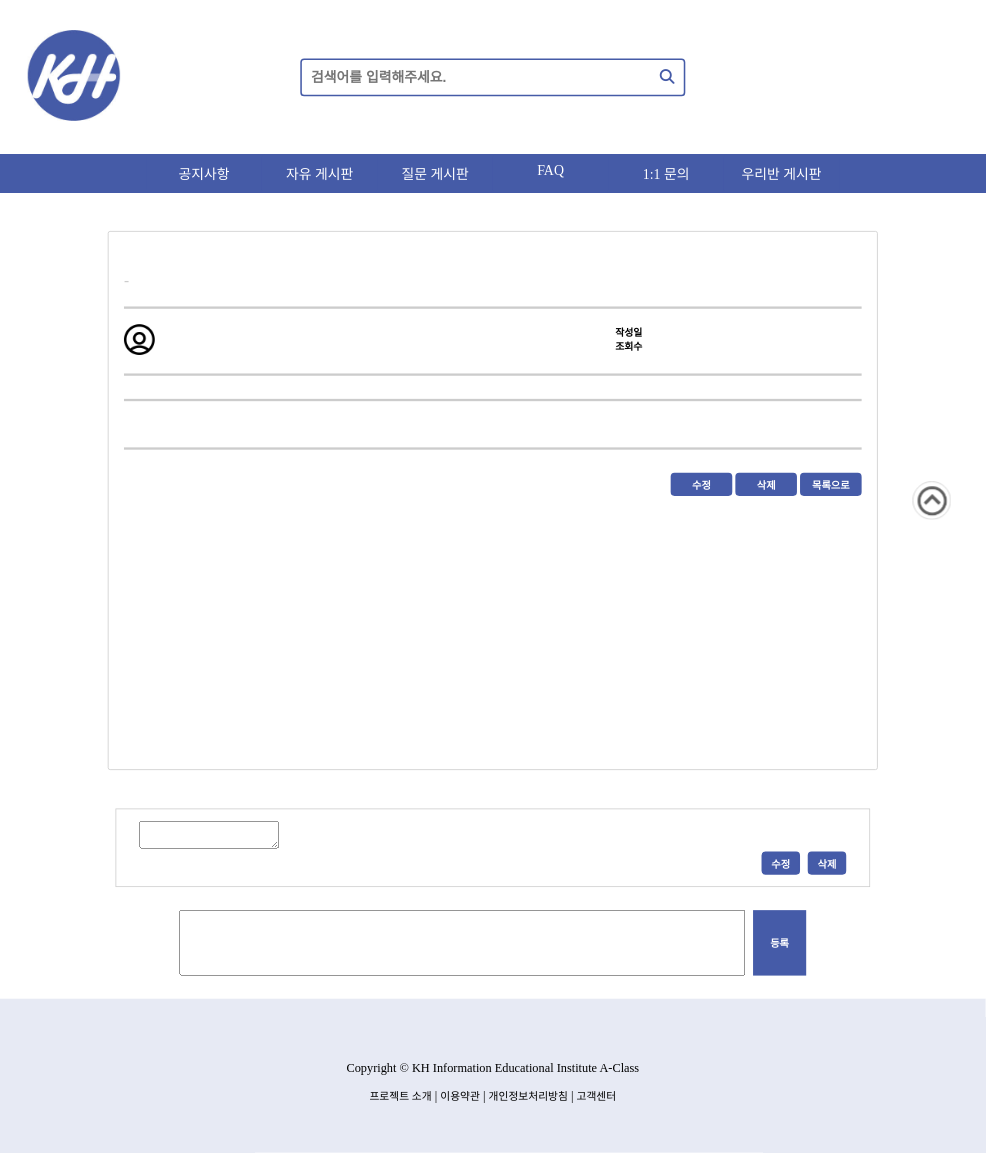
Repository: mothership2002/coddingBaby
Page: http://localhost/Community/WEB-INF/views/board/boardDetail.jsp
An editor plug-in stored every save of this project. The page is shown before and after the next save, followed by the edit.
The browser window is 1280 px wide. The pictures show the whole page, at 77% of full size.
Some web libraries are served in a nearby version. The page is served by Tomcat 9. Nobody is signed in. Other server files are loaded and not shown. The template is opened directly, without the code that normally fills it, so the values that code supplies are empty.

Above is the page before, as saved 2022-05-30 05:14:03.
Console error: TypeError: Cannot read properties of undefined (reading 'children')

### 5_Server/Community/src/main/webapp/WEB-INF/views/board/boardDetail.jsp
<%@ page language="java" contentType="text/html; charset=UTF-8"
	pageEncoding="UTF-8"%>
<%@taglib prefix="c" uri="http://java.sun.com/jsp/jstl/core" %>
<%@taglib prefix="fn" uri="http://java.sun.com/jsp/jstl/functions" %>
<%

%>
<!DOCTYPE html>
<html lang="ko">
<head>
   <meta charset="UTF-8">
   <meta http-equiv="X-UA-Compatible" content="IE=edge">
   <meta name="viewport" content="width=device-width, initial-scale=1.0">
   <title> </title>
   <link rel="stylesheet" href="${contextPath}/resources/css/boardDetail-style.css">
   <link rel="stylesheet" href="${contextPath}/resources/css/main-style.css">
   <link rel="stylesheet" href="${contextPath}/resources/css/reply-style.css">
   <script src="https://kit.fontawesome.com/381a5c9f75.js" crossorigin="anonymous"></script>
</head>
<body>
    <main>
	<jsp:include page="/WEB-INF/views/common/header.jsp"/>
        <section class="board-detail">
            <h1 class="board-title">${detail.boardTitle} <span>- ${detail.boardName }</span></h1>
            <div class="board-header">
                <div class="board-writer">
                <c:if test="${empty detail.profileImage}">
                	<a href=#><img src="${contextPath}/resources/images/user.png" alt="프로필이미지"></a>
                </c:if>
                <c:if test="${!empty detail.profileImage }">
                	<a><img src="${contextPath}${detail.profileImage}" alt="프로필이미지"></a>
                </c:if>
                    <span>${detail.memberNickname }</span>
                </div>

                <div class="board-info">
                    <p><span>작성일</span> ${detail.createDate}</p>
                    <c:if test="${!empty detail.updateDate}">
                    	<p><span>마지막 수정일</span> ${detail.updateDate}</p>
                    </c:if>
                    <p><span>조회수</span> ${detail.readCount}</p>
                </div>
            </div>

            <c:if test="${!empty detail.imageList}">
            	<c:if test="${detail.imageList[0].imageLevel==0}">
            		<c:set var="thumbnail" value="${detail.imageList[0]}"></c:set>
	            </c:if>
	            <c:if test="${!empty thumbnail}">
	            	<h5>썸네일</h5>
		            <div class="img-box">
		                <div class="boardImg thumbnail">
		                    <img src="${contextPath}${thumbnail.imageRename}" alt="">
		                    <a href="${contextPath}${thumbnail.imageRename}" download="${thumbnail.imageOriginal }">다운로드</a>
		                </div>
		            </div>
	            </c:if>


	            <c:if test="${empty thumbnail}">
	            	<c:set var="start" value="0"></c:set>
	            </c:if>
	            <c:if test="${!empty thumbnail}">
	            	<c:set var="start" value="1"></c:set>
	            </c:if>
	            <h5>업로드 이미지</h5>
	            <c:if test="${fn:length(detail.imageList) > start}">
	           		<h5>업로드 이미지</h5>
	           		<div class="img-box">
		            <c:forEach var="i" begin="${start}" end="${fn:length(detail.imageList)-1}">
						<div class="boardImg">
			                <img src="${contextPath}${detail.imageList[i].imageRename}" alt="">
			                <a href="${contextPath}${detail.imageList[i].imageRename}"download=${detail.imageList[i].imageOriginal }>다운로드</a>
			            </div>
		            </c:forEach>
	            	</div>
	            </c:if>
			</c:if>
            <div class="board-content">
                ${detail.boardContent}
            </div>

            <div class="board-btn-area">
            	<c:if test="${sessionScope.loginMember.memberNo == detail.memberNo}">
            	    <button id="updateBtn">수정</button>
                	<button id="removeBtn">삭제</button>
            	</c:if>
                <button id="goToListBtn">목록으로</button>
            </div>
        </section>
		<jsp:include page="/WEB-INF/views/board/reply.jsp"></jsp:include>
    </main>
	<jsp:include page="/WEB-INF/views/common/footer.jsp"/>
	<script src="https://code.jquery.com/jquery-3.6.0.min.js" integrity="sha256-/xUj+3OJU5yExlq6GSYGSHk7tPXikynS7ogEvDej/m4=" crossorigin="anonymous"></script>
	<script src="${contextPath}/resources/js/board/board.js"></script>
	<script>
		const contextPath = "${contextPath}";
		const boardNo = "${detail.boardNo}";
		const loginMember = "${sessionScope.loginMember.memberNo}"
	</script>
	<script src="${contextPath}/resources/js/board/reply.js"></script>
</body>
</html>

### 5_Server/Community/src/main/webapp/WEB-INF/views/common/header.jsp
<%@ page language="java" contentType="text/html; charset=UTF-8"
    pageEncoding="UTF-8"%>
<header>
    <section class="logo">
    <%--	${pageContext.servletContext.contextPath}
    		<%= requset.getContextPath()%>
    		/Community
    --%>
        <a href="${contextPath}"><img src="${contextPath}/resources/images/logo.jpg" alt="logo" id="home-logo" ></a>
    </section>

    <section>
        <article class="search-area">
            <form action="#" name="search-form">
                <fieldset>
                    <input type="search" id="query" name="query" placeholder="검색어를 입력해주세요." autocomplete="off">
                    <button type="submit" id="search-btn" class="fa-solid fa-magnifying-glass"></button>
                </fieldset>
            </form>
        </article>
    </section>

    <section></section>
</header>

<nav>
    <ul>
        <li><a href="${contextPath}/board/list?type=1">공지사항</a></li>
        <li><a href="${contextPath}/board/list?type=2">자유 게시판</a></li>
        <li><a href="${contextPath}/board/list?type=3">질문 게시판</a></li>
        <li><a href="#">FAQ</a></li>
        <li><a href="#">1:1 문의</a></li>
        <li><a href="#">우리반 게시판</a></li>
    </ul>
</nav>

### 5_Server/Community/src/main/webapp/WEB-INF/views/board/reply.jsp
<%@ page language="java" contentType="text/html; charset=UTF-8"
	pageEncoding="UTF-8"%>
<%@taglib prefix="c" uri="http://java.sun.com/jsp/jstl/core" %>
<div id="reply-area">
    <div class="reply-list-area">
        <ul id="reply-list">
        	<c:forEach var="reply" items="${rList}">
	            <li class="reply-row">
	                <p class="reply-writer">
	                	<c:if test="${empty reply.profileImage}">
	                		<a href="#"><img src="${contextPath}/resources/images/user.png" alt=""></a>
	                	</c:if>
	                    <c:if test="${!empty repy.profileImage}">
	                    	<a href="#"><img src="${contextPath}${reply.profileImage}" alt=""></a>
	                    </c:if>
	                    <a href="#"><span>${reply.memberNickname}</span></a>
	                    <span class="reply-date">(${reply.createDate})</span>
	                </p>
	                <p class="reply-content">
	                    ${reply.replyContent}
	                </p>
	                <c:if test="${loginMember.memberNo == reply.memberNo}">
		                <div class="reply-btn-area">
		                    <button>수정</button>
		                    <button onclick="deleteReply(${reply.replyNo})">삭제</button>
		                </div>
	                </c:if>
	            </li>
        	</c:forEach>

        	<!-- 수정 샘플 -->
            <li class="reply-row">
				<textarea class="updateText" rows="" cols=""></textarea>
                <div class="reply-btn-area">
                    <button>수정</button>
                    <button>삭제</button>
                </div>
            </li>

        </ul>
    </div>
    <div class="reply-write-area">
        <textarea name="" id="replyContent"></textarea>
        <button id="addReply">
            등록
        </button>
    </div>
</div>

### 5_Server/Community/src/main/webapp/WEB-INF/views/common/footer.jsp
<%@ page language="java" contentType="text/html; charset=UTF-8"
    pageEncoding="UTF-8"%>
<%@taglib prefix="c" uri="http://java.sun.com/jsp/jstl/core"%>
<footer>
    <p>
        Copyright &copy; KH Information Educational Institute A-Class
    </p>
    <article class="footer-div">
        <a href="#">프로젝트 소개</a>
        <span> | </span>
        <a href="#">이용약관</a>
        <span> | </span>
        <a href="#">개인정보처리방침</a>
        <span> | </span>
        <a href="#">고객센터</a>
    </article>
</footer>
    <%-- session에 message 속성이 존재하는 경우 alert창으로 해당 내용을 출력 --%>
<c:if test="${ !empty sessionScope.message }">
    <script>
            alert("${message}");
            // EL 작성 시 scope를 지정하지 않으면
            // page -> request -> session -> application 순서로 검색하여
            // 일치하는 속성이 있으면 출력
    </script>

    <%-- message 1회 출력 후 session에서 제거 --%>
    <c:remove var="message" scope="session"/>
</c:if>
<a href=#top>
    <div id="page-top"><img src="${contextPath}/resources/images/Up-Arrow-PNG-Clipart.png" alt="" class="page-top">
    </div>
</a>

### 5_Server/Community/src/main/webapp/resources/css/boardDetail-style.css
.board-detail{
    width: 1000px;
    min-height: 700px;
    border: 1px solid #ccc;
    margin : 50px auto;
    border-radius: 3px;
    padding: 20px;
}
.board-title{
    margin: 0;
    padding: 20px 0;
    font-size: 2em;
    border-bottom: 3px solid #ccc;
}
.board-header{
    padding: 20px 0;
    border-bottom: 3px solid #ccc;
    display: flex;
    justify-content: space-between;
}
.board-writer{
    display: flex;
    align-items: center;
}
.board-writer img{
    width: 40px;
    height: 40px;
}
.board-writer span{
    font-weight: bold;
    margin-left: 10px;
}
.board-info{
    width: 320px;
    font-size: 0.8em;
}
.board-info>p{
    margin: 0;
}
.board-info span{
    width: 120px;
    display: inline-block;
    font-weight: bold;
}
.img-box{
    display: flex;
    justify-content: space-between;
}
.boardImg{
    width: 230px;
    height: 230px;
    display: inline-block;
    text-align: center;
}
.boardImg img{
    max-width: 90%;
    max-height: 90%;
}
.thumbnail{
    width: 300px;
    height: 300px;
}
.boardImg a{
    display: block;
    text-align: center;
    font-size: 12px;
    margin-top: 5px;
}
.boardImg a:hover{
    text-decoration: underline;
}
.board-content{
    padding: 30px 0;
    margin: 30px 0;
    border-top: 3px solid #ccc;
    border-bottom: 3px solid #ccc;
    font-size: 18px;
}
.board-btn-area{
    text-align: right;
}
.board-btn-area button{
    width: 80px;
    height: 30px;
    font-weight: bold;
    border: 0;
    background-color: #455ba8;
    color: white;
    cursor: pointer;
    border-radius: 5px;
}
.board-btn-area button:hover{
    background-color: white;
    color: #455ba8;
    border: 2px solid #455ba8;
    transition-duration: 120ms;
}
.board-title>span{
    font-size: 20px;
    color: #ccc;
}

### 5_Server/Community/src/main/webapp/resources/css/main-style.css
*{box-sizing:border-box}
body{margin: 0;}
main{
    margin: auto;
}
/* div{border: 1px solid black;} */
header{
    height: 200px;
    display: flex;
}
.main-content{
    height: 800px;
    display: flex;
}
footer{
    height: 200px;
}
header>section{
    width:15%
}
header>section:first-child{
    display: flex;
    justify-content: center;
    align-items: center;
}
header>section:nth-child(2){
    /* flex-basis */
    width: 70%;
    display: flex;
    justify-content: center;
    align-items: center;
}
.main-content>.content-1{
    width:70%
}
.main-content>.content-2{
    width:30%
}
#page-top{
    position:fixed;
    bottom:45px;
    right:45px;
    z-index:10;
    border:1px solid #ccc;
    outline:none;
    background-color:white;
    color:#333;
    cursor:pointer;
    border-radius:100%;
    width: 50px;
    height: 50px;
    display: flex;
    align-items: center;
    justify-content: center;
}
#page-top>img{

    width: 47px;
    height: 47px;
    border-radius: 100%;
}


#home-logo{
    width: 120px;
}


.search-area{width: 500px;}
.search-area fieldset{
    padding: 2px;
    margin: 0;
    border: 2px solid #455ba7;
    border-radius: 5px;
    display: flex;
}
#query{
    padding: 10px;
    font-size: 18px;
    font-weight: bold;
    border: none;
    outline: none;
    width: 92%;
}
#search-btn{
    width: 8%;
    cursor: pointer;
    font-size: 1.2em;
    color: #455ba7;
    background-color: white;
    border: none;
}


nav{
    height: 50px;
    background-color: #455ba7;
    position: sticky;
    top : 0;
    z-index: 10;
    /* border-bottom: 2px solid black; */
}
nav>ul{
    display: flex;
    list-style: none;
    padding: 0;
    margin: 0;
    height: 100%;
    justify-content: center;
}
nav li{
    /* flex-grow: ;
    flex-shrink: ;
    flex-basis: ; */
    flex: 0 1 150px;
}
nav a{
    display: block;
    height: 100%;
    text-align: center;
    /* line-height: 48px; */
    padding: 11px 0;
    text-decoration: none;
    font: 18px bold;
    color: white;
    border-radius: 5px;
    background-color: #455ba7;
    transition-duration: 100ms;
}
nav a:hover{
    background-color: white;
    color: black;
}


form[name="login-form"]{
    height: 150px;
    padding: 10px;
    margin-top: 10px;
    display: flex;
    flex-direction: column;
    justify-content: center;
}

form[name="login-form"]>label{
    margin-top: 5px;
    font-size: 14px;
}
form[name="login-form"]>a{
    margin-top: 0;
}
#id-pw-area{
    margin: 0px;
    padding: 0px;
    border: 1px solid #ddd;
    display: flex;
    flex-basis: 60%;
}
#id-pw-area>section:first-child{
    flex-basis: 75%;
    display: flex;
    flex-direction: column;
}
#id-pw-area>section:last-child{
    flex-basis: 25%;
    display: flex;
    justify-content: center;
}
#id-pw-area input{
    border: 0;
    border-right: 1px solid #ddd;
    flex-basis: 50%;
    outline: 0;
    margin: 0;
    padding: 5px;
 }
 #id-pw-area input:first-child{
     border-bottom: 1px solid #ddd;
 }
 #id-pw-area input:focus{
     border: 2px solid #455ab7;
 }
 #id-pw-area button{
     width: 100%;
     border: 0;
     background-color: white;
     cursor: pointer;
 }
 #id-pw-area button:hover{
    background-color:#455ab7;
    color: white;
    transition-delay: 120ms;
 }
 #signup-find-area{
    margin-top: 10px;
    padding-left: 6px;
 }
 #signup-find-area>a{
    color: black;
    text-decoration: none;
    font-size: 14px;
 }
 #signup-find-area>span{
    padding: 0 10px;
 }
.login-area{
    height: 120px;
    padding: 30px 10px;
    margin: 10px;
    border: 1px solid #ddd;
    border-radius: 10px;
    display: flex;
    align-items: center;
}
.login-area>a{
    display: block;
    width: 70px;
    height: 70px;
    border: 3px solid #ddd;
    border-radius: 50%;
}
#member-profile{
    width: 64px;
    height: 64px;
    border-radius: 50%;
}
.my-info{
    height: 100%;
    width: 100%;
    margin-left: 20px;
}
.my-info>div{
    display: flex;
    justify-content: space-between;
}

#nickname{
    color: gray;
    font-size: 20px;
    font-weight: bold;
    letter-spacing: -2px;
    text-decoration: none;
}

#logout-btn{
    color: gray;
    font-size: 14px;
    font-weight: bold;
    text-decoration: none;
    border: 2px solid gray;
    padding: 3px 5px;
    border-radius: 10px;
}
#logout-btn:hover{
    color: white;
    background-color: gray;
    transition-duration: 120ms;
}
.my-info>p{
    margin: 0;
    color: gray;
}


 footer{
    background-color: #a3add342;
    display: flex;
    flex-direction: column;
    justify-content: center;
    align-items: center;
}
footer>article{
    justify-content: center;
    align-items: center;
}
footer-div>span,a{
     color: black;
     text-decoration: none;
     font-size: 14px;
}
footer-div>span{
    font: 18px bold;
}

### 5_Server/Community/src/main/webapp/resources/css/reply-style.css
#reply-area{
    margin: 0 150px;
}
#reply-list{
    padding: 0;
    list-style: none;
    margin: 30px auto;
}
.reply-row{
    padding: 15px 30px;
    border: 1px solid #ccc;
    margin: 5px auto;
}
.reply-writer{
    display: flex;
    align-items: center;
}
.reply-writer img{
    width: 40px;
    height: 40px;
}
.reply-writer span{
    font-weight: bold;
    margin-left: 10px;
}
.reply-date{
    font-size: 0.8em;
    color: #aaa;
}
.reply-btn-area{
    display: flex;
    justify-content: flex-end;
}
.reply-btn-area>button{
    width: 50px;
    height: 30px;
    margin-left: 10px;
    font-weight: bold;
    color: white;
    background-color: #455ba8;
    border: 2px solid #455ba8;
    border-radius: 5px;
    cursor: pointer;
}
.reply-btn-area>button:hover{
    background-color: white;
    color: #455ba8;
    border: 2px solid #aaa;
    transition-duration: 120ms;
}

.reply-write-area{
    display: flex;
    justify-content: center;
    min-height: 85px;
    margin: 30px 0 ;
}
#replyContent{
    flex-basis: 75%;
    margin-right: 10px;
    resize: none;
}
#addReply{
    flex-basis: 7%;
    font-weight: bold;
    background-color: #455ba8;
    color: white;
    cursor: pointer;
    border: 0;
}
.update-textarea{
    width: 100%;
    height: 90px;
    resize: none;
}

### 5_Server/Community/src/main/webapp/resources/js/board/board.js
(function(){
    const goToListBtn = document.getElementById("goToListBtn");
    if(goToListBtn != null){
        goToListBtn.addEventListener("click",function(){
            const pathName = location.pathname;
            let a = pathName.substring(0,pathName.indexOf("/",1));
            const params = new URL(location.href).searchParams;
            const type = "type=" + params.get("type");
            let url = a + '/board/list?';
            let cp;
            if(params.get("cp")!=null){
                cp = "cp=" + params.get("cp");
            }else{
                cp = "cp=1";
            }
            url += type+"&"+cp;
            if(params.get("key")!=null){
                const key = "&key="+params.get("key");
                const query = "&query="+params.get("query");
                url += key + query;
            }
            location.href = url;
        });
    }
})();

(function(){
    const thumbnail = document.getElementsByClassName("list-thumbnail");

    if(thumbnail.length > 0){
        // 목록에 썸네일 이미지가 있을 경우에만 이벤트 추가
        const modal = document.querySelector('.modal');
        const modalImage = document.getElementById("modal-image");
        const modalClose = document.getElementById("modal-close");

        for(let th of thumbnail){
            th.addEventListener("click", function(){
                modalImage.setAttribute("src", th.getAttribute("src") );
                modal.classList.toggle('show');
            });
        }

        modalClose.addEventListener("click", function(){

            modal.classList.toggle('hide');

            setTimeout(function(){
                modal.classList.toggle('hide');
                modal.classList.toggle('show');
            },450);
        });
    }
})();

(function(){
    const deleteBtn = document.getElementById("removeBtn");
    if(deleteBtn != null){
        deleteBtn.addEventListener("click",function(){
            if(confirm("삭제 하시겠습니까?")){
                let url = "delete";
                const params = new URL(location.href).searchParams;
                const no = params.get("no");
                const type = params.get("type");
                location.href = url+"?type="+type+"&no="+no;
                //get방식
            };
        });
    }
})();

(function(){
    const select = document.getElementsByName("key")[0];
    const option = select.children;
    const searchValue = document.getElementById("search-query");
    if(select != null){
        const params = new URL(location.href).searchParams;
        const key = params.get("key");
        const query = params.get("query");
        searchValue.value = query;

        for(let op of option){
            if(op.value == key){
                op.select = true;
            }
        }
    }
})();

function searchValidate(){
    const searchValue = document.getElementById("search-query");
    if(searchValue.value.trim().length == 0){
        alert("검색어를 입력해주세요.")
        this.focus();
        return false;
    }
    return true;
}

Loaded but not shown: 5_Server/Community/src/main/webapp/resources/js/board/reply.js (198 lines, source omitted)

After the next save:
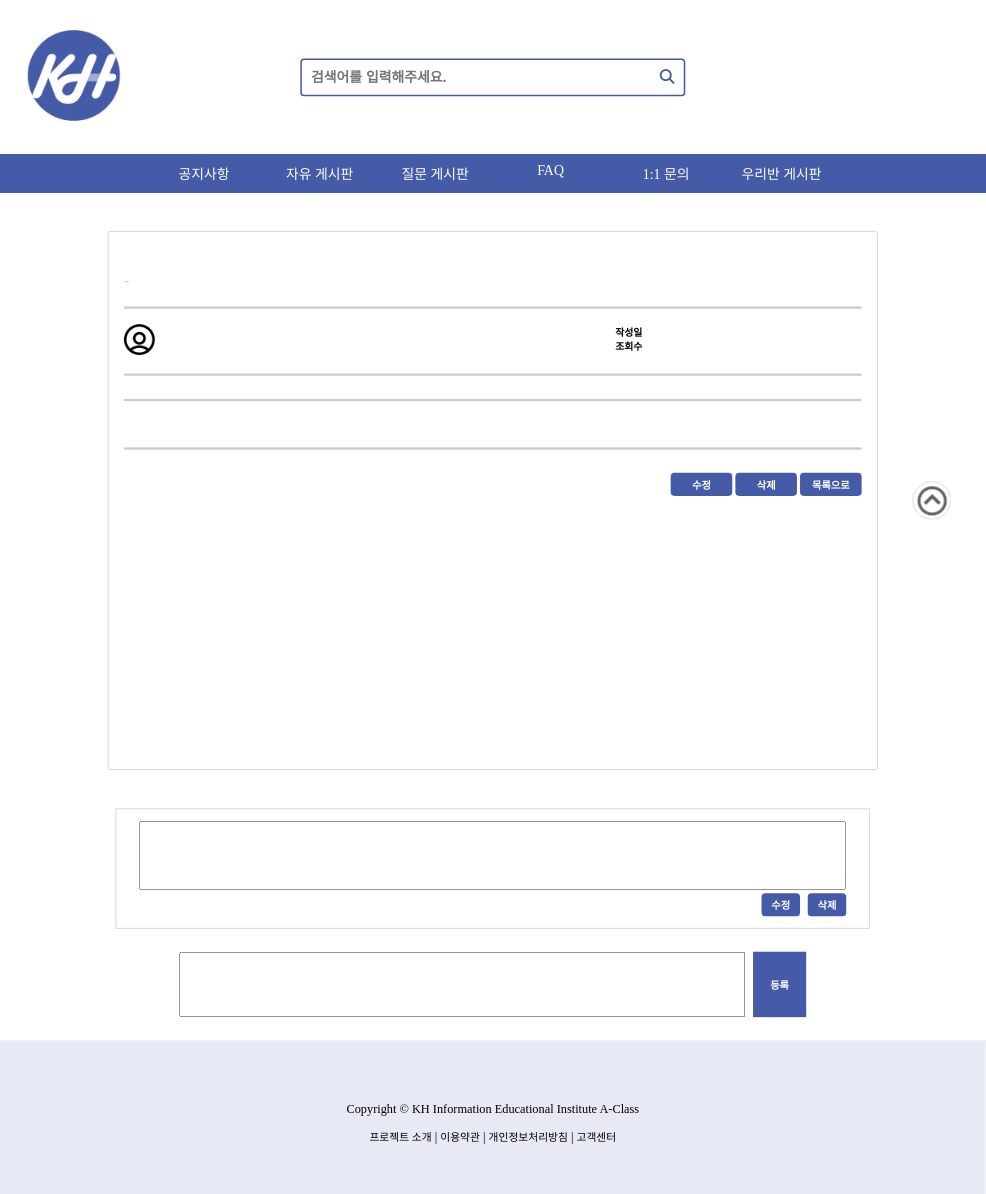
Saved 9 s later.
--- a/5_Server/Community/src/main/webapp/WEB-INF/views/board/reply.jsp
+++ b/5_Server/Community/src/main/webapp/WEB-INF/views/board/reply.jsp
@@ -30,7 +30,7 @@
 
         	<!-- 수정 샘플 -->
             <li class="reply-row">
-				<textarea class="updateText" rows="" cols=""></textarea>
+				<textarea class="update-textarea" rows="" cols=""></textarea>
                 <div class="reply-btn-area">
                     <button>수정</button>
                     <button>삭제</button>
